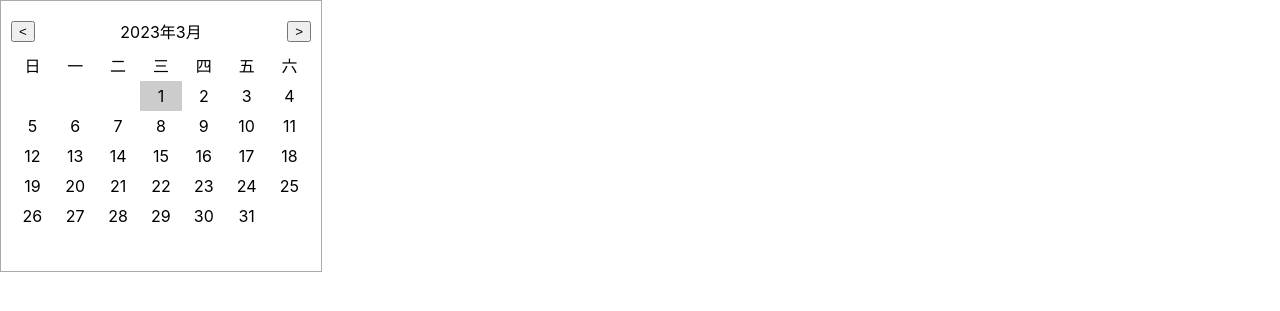
Repository: yychuiyan/calendar
Page: /
An editor plug-in stored every save of this project. The page is shown before and after the next save, followed by the edit.
The browser window is 1280 px wide. The pictures show the whole page.
The project was rebuilt for these pictures with package versions that can differ from the ones it lists, and the page was loaded fresh each time.

Above is the page before, as saved 2023-07-20 13:48:10.

### src/App.tsx
import React from 'react'
import Calendar from './component/Calendar'
const App = () => {
  return (
    <div>
      <Calendar value={new Date('2023-3-1')} onChange={(date: Date) => {
        alert(date.toLocaleDateString())
      }}></Calendar>
    </div>
  )
}

export default App

### src/component/Calendar.tsx
import React, { useState } from 'react'
import './index.css'
import { monthDate } from '../utils/month'
interface CalendarProps {
  value?: Date,
  onChange?: (date: Date) => void
}
const Calendar: React.FC<CalendarProps> = (props) => {
  const { value = new Date(), onChange } = props
  // 保存当前日期
  const [date, setDate] = useState(value)
  // 点击左侧按钮
  const handlePrevMonth = () => {
    setDate(new Date(date.getFullYear(), date.getMonth() - 1, 1))
  };
  // 点击右侧按钮
  const handleNextMonth = () => {
    setDate(new Date(date.getFullYear(), date.getMonth() + 1, 1))
  }
  // 计算当前月有多少天
  const daysOfMonth = (year: number, month: number) => {
    // 当date传入0的时候默认取上个月的最后一天，-1则为上个月倒数第二天，以此类推
    return new Date(year, month + 1, 0).getDate()
  }
  // 计算当前月的第一天是星期几
  const firstDayOfMonth = (year: number, month: number) => {
    return new Date(year, month, 1).getDay();
  }
  // 定义一个函数存储渲染的内容
  const renderDates = () => {
    // 定义一个数组存储恩日哦功能
    const days = []
    // 计算当前月有多少天
    const daysCount = daysOfMonth(date.getFullYear(), date.getMonth())
    // 计算当前月的第一天是星期几
    const firstDay = firstDayOfMonth(date.getFullYear(), date.getMonth())
    // 已经知道从哪里开始渲染，渲染多少天后，进行循环遍历到初始天数在星期几
    for (let i = 0; i < firstDay; i++) {
      days.push(<div key={`empty-${i}`} className="empty"></div>);
    }
    // 渲染日期
    for (let i = 1; i <= daysCount; i++) {
      const clickHandler = onChange?.bind(null, new Date(date.getFullYear(), date.getMonth(), i))
      // 添加选中样式
      if (i === date.getDate()) {
        days.push(<div key={i} className='day selected'>{i}</div>)
      } else {
        days.push(<div key={i} className='day' onClick={clickHandler}>{i}</div>)
      }
    }
    return days;
  }
  return (
    <div className="calendar">
      <div className="header">
        <button onClick={handlePrevMonth}>&lt;</button>
        <div>{date.getFullYear()}年{monthDate[date.getMonth()]}</div>
        <button onClick={handleNextMonth}>&gt;</button>
      </div>
      <div className="days">
        <div className="day">日</div>
        <div className="day">一</div>
        <div className="day">二</div>
        <div className="day">三</div>
        <div className="day">四</div>
        <div className="day">五</div>
        <div className="day">六</div>
        {renderDates()}
      </div>
    </div>
  )
}

export default Calendar

### src/component/index.css
.calendar {
  border: 1px solid #aaa;
  padding: 10px;
  width: 300px;
  height: 250px;
}

.header {
  display: flex;
  justify-content: space-between;
  align-items: center;
  height: 40px;
}

.days {
  display: flex;
  flex-wrap: wrap;
}

.empty, .day {
  width: calc(100% / 7);
  text-align: center;
  line-height: 30px;
}

.day:hover,.selected {
  background-color: #ccc;
  cursor: pointer;
}

### src/utils/month.js
export const monthDate = [
  '1月',
  '2月',
  '3月',
  '4月',
  '5月',
  '6月',
  '7月',
  '8月',
  '9月',
  '10月',
  '11月',
  '12月',
]

Loaded but not shown: public/index.html (common file); src/index.tsx (common file); src/index.css (common file); src/reportWebVitals.ts (common file)

After the next save:
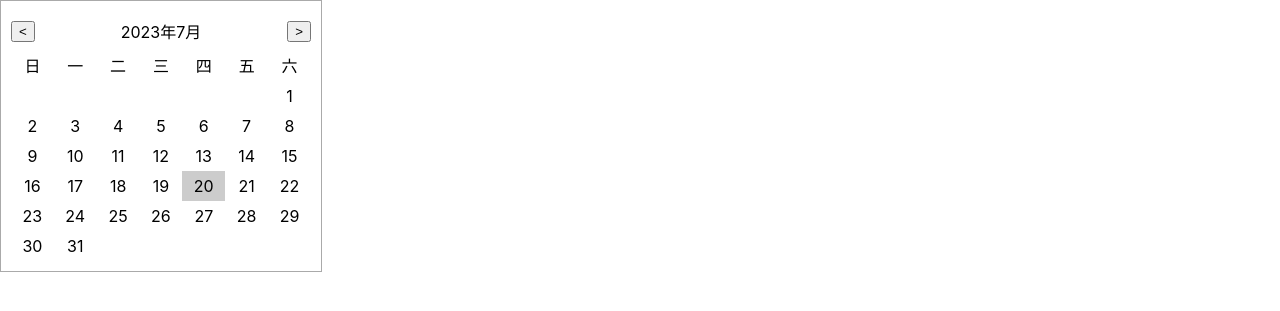
Saved 23 s later.
--- a/src/App.tsx
+++ b/src/App.tsx
@@ -3,7 +3,7 @@ import Calendar from './component/Calendar'
 const App = () => {
   return (
     <div>
-      <Calendar value={new Date('2023-3-1')} onChange={(date: Date) => {
+      <Calendar value={new Date()} onChange={(date: Date) => {
         alert(date.toLocaleDateString())
       }}></Calendar>
     </div>
